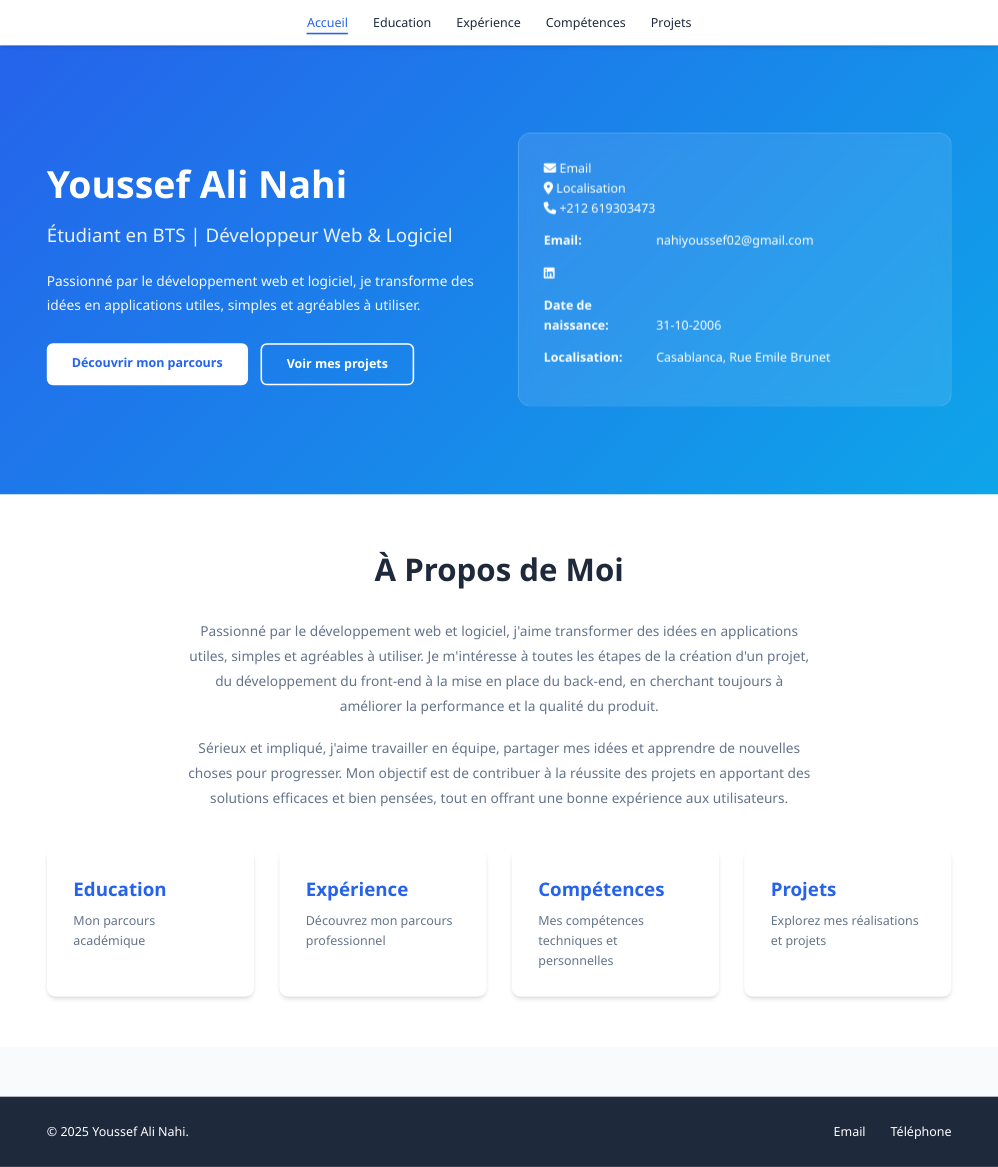
Repository: Youssef-Nahi504/My_Portfolio
Page: index.html
These files come from the project's save history. The page is drawn as it stood at one moment and after the next save; the edit follows.
The browser window is 1280 px wide. The pictures show the whole page, at 78% of full size.

Above is the page before, as saved 2025-12-21 13:24:37.

### index.html
<!DOCTYPE html>
<html lang="fr">

<head>
    <meta charset="UTF-8">
    <meta name="viewport" content="width=device-width, initial-scale=1.0">
    <title>Youssef Ali Nahi - Portfolio</title>
    <link rel="stylesheet" href="style.css">
    <link rel="stylesheet" href="https://cdnjs.cloudflare.com/ajax/libs/font-awesome/6.5.1/css/all.min.css">
</head>

<body>
    <nav class="navbar">
        <div class="nav-container">
            <ul class="nav-menu">
                <li><a href="index.html" class="active">Accueil</a></li>
                <li><a href="Education.html">Education</a></li>
                <li><a href="experience.html">Expérience</a></li>
                <li><a href="competences.html">Compétences</a></li>
                <li><a href="projets.html">Projets</a></li>
            </ul>
        </div>
    </nav>

    <main>
        <section class="hero">
            <div class="hero-content">
                <div class="hero-text">
                    <h1>Youssef Ali Nahi</h1>
                    <h2>Étudiant en BTS | Développeur Web & Logiciel</h2>
                    <p class="hero-subtitle">Passionné par le développement web et logiciel, je transforme des idées en
                        applications utiles, simples et agréables à utiliser.</p>
                    <div class="hero-buttons">
                        <a href="experience.html" class="btn btn-primary">Découvrir mon parcours</a>
                        <a href="projets.html" class="btn btn-secondary">Voir mes projets</a>
                    </div>
                </div>
                <div class="hero-image">
                    <div class="profile-card">
                        <div class="profile-info">

                            <i class="fa-solid fa-envelope"></i> Email<br>
                            <i class="fa-solid fa-location-dot"></i> Localisation
                            <p><i class="fa-solid fa-phone"></i> +212 619303473</p>
                            <p><strong>Email:</strong> nahiyoussef02@gmail.com</p>
                            <p><i class="fa-brands fa-linkedin"></i></p>
                            <p><strong>Date de naissance:</strong> 31-10-2006</p>
                            <p><strong>Localisation:</strong> Casablanca, Rue Emile Brunet</p>
                        </div>
                    </div>
                </div>
            </div>
        </section>

        <section class="about">
            <div class="container">
                <h2 class="section-title">À Propos de Moi</h2>
                <div class="about-content">
                    <p>
                        Passionné par le développement web et logiciel, j'aime transformer des idées en applications
                        utiles, simples et agréables à utiliser. Je m'intéresse à toutes les étapes de la création d'un
                        projet, du développement du front-end à la mise en place du back-end, en cherchant toujours à
                        améliorer la performance et la qualité du produit.
                    </p>
                    <p>
                        Sérieux et impliqué, j'aime travailler en équipe, partager mes idées et apprendre de nouvelles
                        choses pour progresser. Mon objectif est de contribuer à la réussite des projets en apportant
                        des solutions efficaces et bien pensées, tout en offrant une bonne expérience aux utilisateurs.
                    </p>
                </div>
                <div class="quick-links">
                    <a href="Education.html" class="quick-link-card">
                        <h3>Education</h3>
                        <p>Mon parcours académique</p>
                    </a>

                    <a href="experience.html" class="quick-link-card">
                        <h3>Expérience</h3>
                        <p>Découvrez mon parcours professionnel</p>
                    </a>
                    <a href="competences.html" class="quick-link-card">
                        <h3>Compétences</h3>
                        <p>Mes compétences techniques et personnelles</p>
                    </a>
                    <a href="projets.html" class="quick-link-card">
                        <h3>Projets</h3>
                        <p>Explorez mes réalisations et projets</p>
                    </a>
                </div>
            </div>
        </section>
    </main>

    <footer>
        <div class="container">
            <p>&copy; 2025 Youssef Ali Nahi.</p>
            <div class="footer-links">
                <a href="mailto:nahiyoussef02@gmail.com">Email</a>
                <a href="tel:+212619303473">Téléphone</a>
            </div>
        </div>
    </footer>

    <script src="file.js"></script>
</body>

</html>

### style.css
* {
    margin: 0;
    padding: 0;
    box-sizing: border-box;
}

:root {
    --primary-color: #2563eb;
    --primary-dark: #1e40af;
    --secondary-color: #64748b;
    --accent-color: #0ea5e9;
    --text-dark: #1e293b;
    --text-light: #64748b;
    --bg-light: #f8fafc;
    --bg-white: #ffffff;
    --border-color: #e2e8f0;
    --shadow: 0 4px 6px -1px rgba(0, 0, 0, 0.1), 0 2px 4px -1px rgba(0, 0, 0, 0.06);
    --shadow-lg: 0 10px 15px -3px rgba(0, 0, 0, 0.1), 0 4px 6px -2px rgba(0, 0, 0, 0.05);
}

body {
    font-family: 'Segoe UI', Tahoma, Geneva, Verdana, sans-serif;
    line-height: 1.6;
    color: var(--text-dark);
    background-color: var(--bg-light);
}

.container {
    max-width: 1200px;
    margin: 0 auto;
    padding: 0 20px;
}

/* Navigation */
.navbar {
    background: var(--bg-white);
    box-shadow: var(--shadow);
    position: sticky;
    top: 0;
    z-index: 1000;
    padding: 1rem 0;
}

.nav-container {
    max-width: 1200px;
    margin: 0 auto;
    padding: 0 20px;
    display: flex;
  justify-content: center; /* horizontal */
  align-items: center;
}

.logo {
    font-size: 1.5rem;
    font-weight: bold;
    color: var(--primary-color);
    letter-spacing: 2px;
}

.nav-menu {
    display: flex;
    list-style: none;
    gap: 2rem;
}

.nav-menu a {
    text-decoration: none;
    color: var(--text-dark);
    font-weight: 500;
    transition: color 0.3s ease;
    position: relative;
}

.nav-menu a:hover,
.nav-menu a.active {
    color: var(--primary-color);
}

.nav-menu a.active::after {
    content: '';
    position: absolute;
    bottom: -5px;
    left: 0;
    width: 100%;
    height: 2px;
    background: var(--primary-color);
}

.hamburger {
    display: none;
    flex-direction: column;
    cursor: pointer;
    gap: 4px;
}

.hamburger span {
    width: 25px;
    height: 3px;
    background: var(--text-dark);
    transition: all 0.3s ease;
}

/* Hero Section */
.hero {
    background: linear-gradient(135deg, var(--primary-color) 0%, var(--accent-color) 100%);
    color: white;
    padding: 4rem 0;
    min-height: 80vh;
    display: flex;
    align-items: center;
}

.hero-content {
    max-width: 1200px;
    margin: 0 auto;
    padding: 0 20px;
    display: grid;
    grid-template-columns: 1fr 1fr;
    gap: 3rem;
    align-items: center;
}

.hero-text h1 {
    font-size: 3rem;
    margin-bottom: 0.5rem;
    font-weight: 700;
}

.hero-text h2 {
    font-size: 1.5rem;
    margin-bottom: 1.5rem;
    opacity: 0.9;
    font-weight: 400;
}

.hero-subtitle {
    font-size: 1.1rem;
    margin-bottom: 2rem;
    opacity: 0.95;
    line-height: 1.8;
}

.hero-buttons {
    display: flex;
    gap: 1rem;
    flex-wrap: wrap;
}

.btn {
    padding: 0.75rem 2rem;
    border-radius: 8px;
    text-decoration: none;
    font-weight: 600;
    transition: all 0.3s ease;
    display: inline-block;
}

.btn-primary {
    background: white;
    color: var(--primary-color);
}

.btn-primary:hover {
    transform: translateY(-2px);
    box-shadow: var(--shadow-lg);
}

.btn-secondary {
    background: transparent;
    color: white;
    border: 2px solid white;
}

.btn-secondary:hover {
    background: white;
    color: var(--primary-color);
}

.profile-card {
    background: rgba(255, 255, 255, 0.1);
    backdrop-filter: blur(10px);
    border-radius: 16px;
    padding: 2rem;
    border: 1px solid rgba(255, 255, 255, 0.2);
}

.profile-info p {
    margin-bottom: 1rem;
    font-size: 1rem;
}

.profile-info strong {
    display: inline-block;
    width: 140px;
}

/* About Section */
.about {
    padding: 4rem 0;
    background: var(--bg-white);
}

.section-title {
    font-size: 2.5rem;
    margin-bottom: 2rem;
    text-align: center;
    color: var(--text-dark);
}

.about-content {
    max-width: 800px;
    margin: 0 auto 3rem;
    text-align: center;
}

.about-content p {
    font-size: 1.1rem;
    color: var(--text-light);
    margin-bottom: 1.5rem;
    line-height: 1.8;
}

.quick-links {
    display: grid;
    grid-template-columns: repeat(auto-fit, minmax(250px, 1fr));
    gap: 2rem;
    margin-top: 3rem;
}

.quick-link-card {
    background: var(--bg-white);
    padding: 2rem;
    border-radius: 12px;
    text-decoration: none;
    color: var(--text-dark);
    box-shadow: var(--shadow);
    transition: all 0.3s ease;
    border: 2px solid transparent;
}

.quick-link-card:hover {
    transform: translateY(-5px);
    box-shadow: var(--shadow-lg);
    border-color: var(--primary-color);
}

.quick-link-card h3 {
    color: var(--primary-color);
    margin-bottom: 0.5rem;
    font-size: 1.5rem;
}

.quick-link-card p {
    color: var(--text-light);
}

/* Page Header */
.page-header {
    background: linear-gradient(135deg, var(--primary-color) 0%, var(--accent-color) 100%);
    color: white;
    padding: 3rem 0;
    text-align: center;
}

.page-header h1 {
    font-size: 3rem;
    margin-bottom: 0.5rem;
}

.page-header p {
    font-size: 1.2rem;
    opacity: 0.9;
}

/* Experience Section */
.experience-section {
    padding: 4rem 0;
    background: var(--bg-white);
}

.timeline {
    position: relative;
    max-width: 900px;
    margin: 0 auto;
    padding: 2rem 0;
}

.timeline::before {
    content: '';
    position: absolute;
    left: 30px;
    top: 0;
    bottom: 0;
    width: 2px;
    background: var(--border-color);
}

.timeline-item {
    position: relative;
    margin-bottom: 3rem;
    padding-left: 80px;
}

.timeline-marker {
    position: absolute;
    left: 22px;
    top: 0;
    width: 16px;
    height: 16px;
    border-radius: 50%;
    background: var(--primary-color);
    border: 4px solid var(--bg-white);
    box-shadow: var(--shadow);
}

.timeline-content {
    background: var(--bg-white);
    padding: 2rem;
    border-radius: 12px;
    box-shadow: var(--shadow);
    transition: all 0.3s ease;
}

.timeline-content:hover {
    box-shadow: var(--shadow-lg);
    transform: translateX(5px);
}

.timeline-date {
    color: var(--primary-color);
    font-weight: 600;
    margin-bottom: 0.5rem;
    font-size: 0.9rem;
}

.timeline-content h3 {
    color: var(--text-dark);
    margin-bottom: 0.25rem;
    font-size: 1.5rem;
}

.timeline-content h4 {
    color: var(--text-light);
    margin-bottom: 1rem;
    font-weight: 500;
}

.timeline-content ul {
    list-style: none;
    padding-left: 0;
}

.timeline-content li {
    padding-left: 1.5rem;
    position: relative;
    margin-bottom: 0.5rem;
    color: var(--text-light);
}

.timeline-content li::before {
    content: '▸';
    position: absolute;
    left: 0;
    color: var(--primary-color);
}

/* Education Section */
.education-section {
    padding: 4rem 0;
    background: var(--bg-light);
}

.education-grid {
    display: grid;
    grid-template-columns: repeat(auto-fit, minmax(300px, 1fr));
    gap: 2rem;
    max-width: 900px;
    margin: 0 auto;
}

.education-card {
    background: var(--bg-white);
    padding: 2rem;
    border-radius: 12px;
    box-shadow: var(--shadow);
    transition: all 0.3s ease;
    border-top: 4px solid var(--primary-color);
}

.education-card:hover {
    transform: translateY(-5px);
    box-shadow: var(--shadow-lg);
}

.education-year {
    color: var(--primary-color);
    font-weight: 600;
    margin-bottom: 1rem;
    font-size: 0.9rem;
}

.education-card h3 {
    color: var(--text-dark);
    margin-bottom: 0.5rem;
    font-size: 1.3rem;
}

.education-card h4 {
    color: var(--text-light);
    margin-bottom: 1rem;
    font-weight: 500;
}

.education-institution {
    color: var(--text-light);
    font-style: italic;
}

/* Skills Section */
.skills-section {
    padding: 4rem 0;
    background: var(--bg-white);
}

.skills-category {
    margin-bottom: 4rem;
}

.category-title {
    font-size: 2rem;
    margin-bottom: 2rem;
    color: var(--text-dark);
    text-align: center;
}

.skills-grid {
    display: grid;
    grid-template-columns: repeat(auto-fit, minmax(250px, 1fr));
    gap: 2rem;
}

.skill-group {
    background: var(--bg-light);
    padding: 1.5rem;
    border-radius: 12px;
    border-top: 4px solid var(--primary-color);
}

.skill-group h3 {
    color: var(--text-dark);
    margin-bottom: 1rem;
    font-size: 1.2rem;
}

.skill-tags {
    display: flex;
    flex-wrap: wrap;
    gap: 0.5rem;
}

.skill-tag {
    background: var(--accent-color);
    color: white;
    padding: 0.5rem 1rem;
    border-radius: 20px;
    font-size: 0.9rem;
    font-weight: 500;
}

.soft-skills-grid {
    display: grid;
    grid-template-columns: repeat(auto-fit, minmax(200px, 1fr));
    gap: 1.5rem;
}

.soft-skill-card {
    background: linear-gradient(135deg, var(--primary-color) 0%, var(--accent-color) 100%);
    color: white;
    padding: 2rem;
    border-radius: 12px;
    text-align: center;
    transition: all 0.3s ease;
}

.soft-skill-card:hover {
    transform: translateY(-5px);
    box-shadow: var(--shadow-lg);
}

.soft-skill-card h3 {
    font-size: 1.2rem;
}

.languages-grid,
.interests-grid {
    display: grid;
    grid-template-columns: repeat(auto-fit, minmax(200px, 1fr));
    gap: 1.5rem;
}

.language-card,
.interest-card {
    background: var(--bg-white);
    padding: 2rem;
    border-radius: 12px;
    box-shadow: var(--shadow);
    text-align: center;
    transition: all 0.3s ease;
    border-top: 4px solid var(--primary-color);
}

.language-card:hover,
.interest-card:hover {
    transform: translateY(-5px);
    box-shadow: var(--shadow-lg);
}

.language-card h3,
.interest-card h3 {
    color: var(--text-dark);
    margin-bottom: 0.5rem;
    font-size: 1.3rem;
}

.language-card p {
    color: var(--text-light);
    font-weight: 500;
}

/* Projects Section */
.projects-section {
    padding: 4rem 0;
    background: var(--bg-white);
}

.projects-grid {
    display: grid;
    grid-template-columns: repeat(auto-fit, minmax(300px, 1fr));
    gap: 2rem;
}

.project-card {
    background: var(--bg-white);
    padding: 2rem;
    border-radius: 12px;
    box-shadow: var(--shadow);
    transition: all 0.3s ease;
    border-top: 4px solid var(--primary-color);
    position: relative;
}

.project-badge {
    position: absolute;
    top: 1rem;
    right: 1rem;
    background: linear-gradient(135deg, var(--primary-color) 0%, var(--accent-color) 100%);
    color: white;
    padding: 0.4rem 0.8rem;
    border-radius: 20px;
    font-size: 0.75rem;
    font-weight: 600;
    text-transform: uppercase;
    letter-spacing: 0.5px;
}

.project-card:hover {
    transform: translateY(-5px);
    box-shadow: var(--shadow-lg);
}

.project-icon {
    font-size: 3rem;
    margin-bottom: 1rem;
}

.project-card h3 {
    color: var(--text-dark);
    margin-bottom: 0.75rem;
    font-size: 1.4rem;
}

.project-tech {
    color: var(--primary-color);
    font-weight: 600;
    margin-bottom: 1rem;
    font-size: 0.9rem;
}

.project-description {
    color: var(--text-light);
    line-height: 1.7;
}

/* Footer */
footer {
    background: var(--text-dark);
    color: white;
    padding: 2rem 0;
    margin-top: 4rem;
}

footer .container {
    display: flex;
    justify-content: space-between;
    align-items: center;
    flex-wrap: wrap;
    gap: 1rem;
}

.footer-links {
    display: flex;
    gap: 2rem;
}

.footer-links a {
    color: white;
    text-decoration: none;
    transition: color 0.3s ease;
}

.footer-links a:hover {
    color: var(--accent-color);
}

/* Responsive Design */
@media (max-width: 768px) {
    .hamburger {
        display: flex;
    }

    .nav-menu {
        position: fixed;
        left: -100%;
        top: 70px;
        flex-direction: column;
        background: var(--bg-white);
        width: 100%;
        text-align: center;
        transition: 0.3s;
        box-shadow: var(--shadow);
        padding: 2rem 0;
        gap: 0;
    }

    .nav-menu.active {
        left: 0;
    }

    .nav-menu li {
        margin: 1rem 0;
    }

    .hero-content {
        grid-template-columns: 1fr;
        text-align: center;
    }

    .hero-text h1 {
        font-size: 2rem;
    }

    .hero-text h2 {
        font-size: 1.2rem;
    }

    .section-title {
        font-size: 2rem;
    }

    .page-header h1 {
        font-size: 2rem;
    }

    .timeline::before {
        left: 15px;
    }

    .timeline-item {
        padding-left: 50px;
    }

    .timeline-marker {
        left: 7px;
    }

    .quick-links {
        grid-template-columns: 1fr;
    }

    footer .container {
        flex-direction: column;
        text-align: center;
    }
}

@media (max-width: 480px) {
    .hero {
        padding: 2rem 0;
        min-height: auto;
    }

    .hero-text h1 {
        font-size: 1.5rem;
    }

    .btn {
        padding: 0.6rem 1.5rem;
        font-size: 0.9rem;
    }

    .projects-grid,
    .education-grid {
        grid-template-columns: 1fr;
    }
}

### file.js
// Mobile Navigation Toggle
const hamburger = document.querySelector('.hamburger');
const navMenu = document.querySelector('.nav-menu');

if (hamburger && navMenu) {
    hamburger.addEventListener('click', () => {
        navMenu.classList.toggle('active');

        // Animate hamburger
        const spans = hamburger.querySelectorAll('span');
        if (navMenu.classList.contains('active')) {
            spans[0].style.transform = 'rotate(45deg) translate(5px, 5px)';
            spans[1].style.opacity = '0';
            spans[2].style.transform = 'rotate(-45deg) translate(7px, -6px)';
        } else {
            spans[0].style.transform = 'none';
            spans[1].style.opacity = '1';
            spans[2].style.transform = 'none';
        }
    });

    // Close menu when clicking on a link
    document.querySelectorAll('.nav-menu a').forEach(link => {
        link.addEventListener('click', () => {
            navMenu.classList.remove('active');
            const spans = hamburger.querySelectorAll('span');
            spans[0].style.transform = 'none';
            spans[1].style.opacity = '1';
            spans[2].style.transform = 'none';
        });
    });

    // Close menu when clicking outside
    document.addEventListener('click', (e) => {
        if (!hamburger.contains(e.target) && !navMenu.contains(e.target)) {
            navMenu.classList.remove('active');
            const spans = hamburger.querySelectorAll('span');
            spans[0].style.transform = 'none';
            spans[1].style.opacity = '1';
            spans[2].style.transform = 'none';
        }
    });
}

// Smooth scroll for anchor links
document.querySelectorAll('a[href^="#"]').forEach(anchor => {
    anchor.addEventListener('click', function (e) {
        e.preventDefault();
        const target = document.querySelector(this.getAttribute('href'));
        if (target) {
            target.scrollIntoView({
                behavior: 'smooth',
                block: 'start'
            });
        }
    });
});

// Add scroll animation
const observerOptions = {
    threshold: 0.1,
    rootMargin: '0px 0px -50px 0px'
};

const observer = new IntersectionObserver((entries) => {
    entries.forEach(entry => {
        if (entry.isIntersecting) {
            entry.target.style.opacity = '1';
            entry.target.style.transform = 'translateY(0)';
        }
    });
}, observerOptions);

// Observe elements for animation
document.addEventListener('DOMContentLoaded', () => {
    const animateElements = document.querySelectorAll('.project-card, .education-card, .timeline-item, .skill-group, .soft-skill-card, .language-card, .interest-card, .quick-link-card');

    animateElements.forEach(el => {
        el.style.opacity = '0';
        el.style.transform = 'translateY(20px)';
        el.style.transition = 'opacity 0.6s ease, transform 0.6s ease';
        observer.observe(el);
    });
});

// Add active page highlighting
document.addEventListener('DOMContentLoaded', () => {
    const currentPage = window.location.pathname.split('/').pop() || 'index.html';
    const navLinks = document.querySelectorAll('.nav-menu a');

    navLinks.forEach(link => {
        const linkPage = link.getAttribute('href');
        if (linkPage === currentPage || (currentPage === '' && linkPage === 'index.html')) {
            link.classList.add('active');
        } else {
            link.classList.remove('active');
        }
    });
});

After the next save:
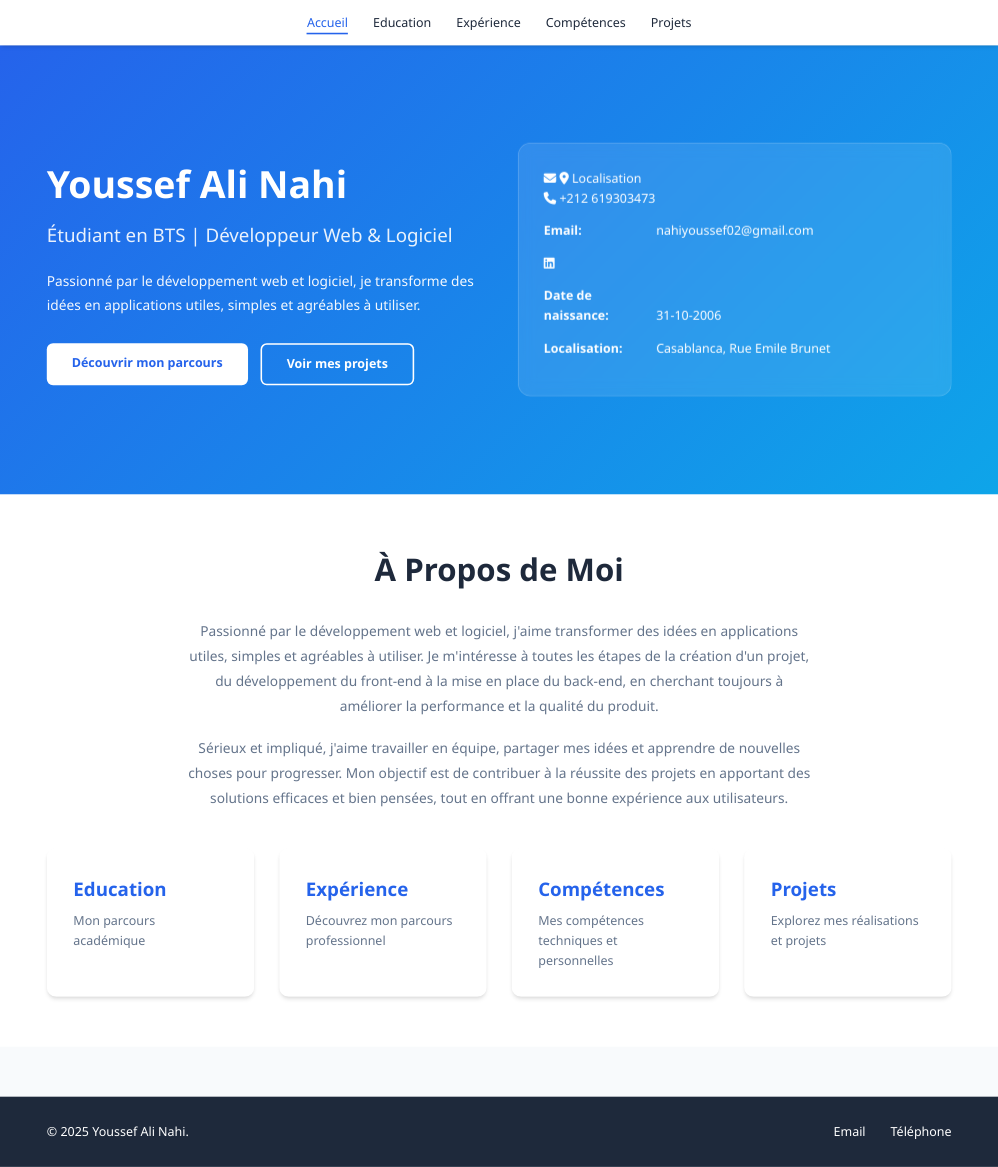
Saved 5 s later.
--- a/index.html
+++ b/index.html
@@ -39,7 +39,7 @@
                     <div class="profile-card">
                         <div class="profile-info">
 
-                            <i class="fa-solid fa-envelope"></i> Email<br>
+                            <i class="fa-solid fa-envelope"></i>
                             <i class="fa-solid fa-location-dot"></i> Localisation
                             <p><i class="fa-solid fa-phone"></i> +212 619303473</p>
                             <p><strong>Email:</strong> nahiyoussef02@gmail.com</p>
